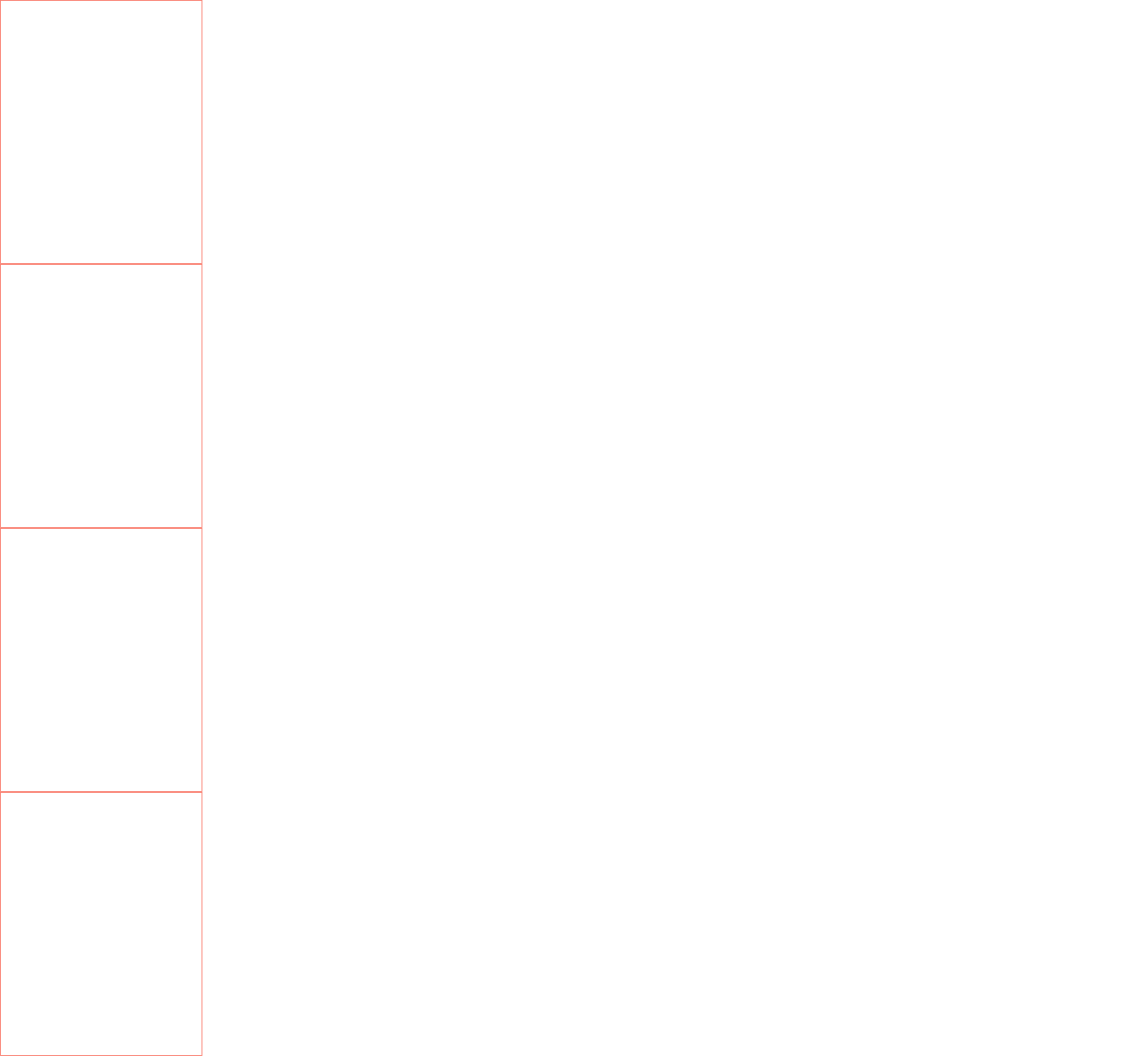
Repository: Chiranshukapil/html_css
Page: cards/index.html
An editor plug-in stored every save of this project. The page is shown before and after the next save, followed by the edit.
The browser window is 1280 px wide. The pictures show the whole page, at 88% of full size.

Above is the page before, as saved 2024-06-08 21:34:16.

### cards/index.html
<!DOCTYPE html>
<html lang="en">
    <head>
        <meta charset="UTF-8">
        <meta name="viewport" content="width=device-width, initial-scale=1.0">
        <title>Pokemon cards</title>
        <link rel="stylesheet" href="style.css">
    </head>
    <body>
        <div id="main">
            <div class="card"></div>
            <div class="card"></div>
            <div class="card"></div>
            <div class="card"></div>
        </div>
    </body>
</html>

### cards/style.css
*{
    margin: 0%;
    padding: 0%;
    box-sizing: border-box;
}

html,body{
    height: 100%;
    width: 100%;

}

#main{
    width: 100%;
    height: 100%;
}

.card{
    height: 300px;
    width: 230px;
    border: 1px solid salmon;

}

After the next save:
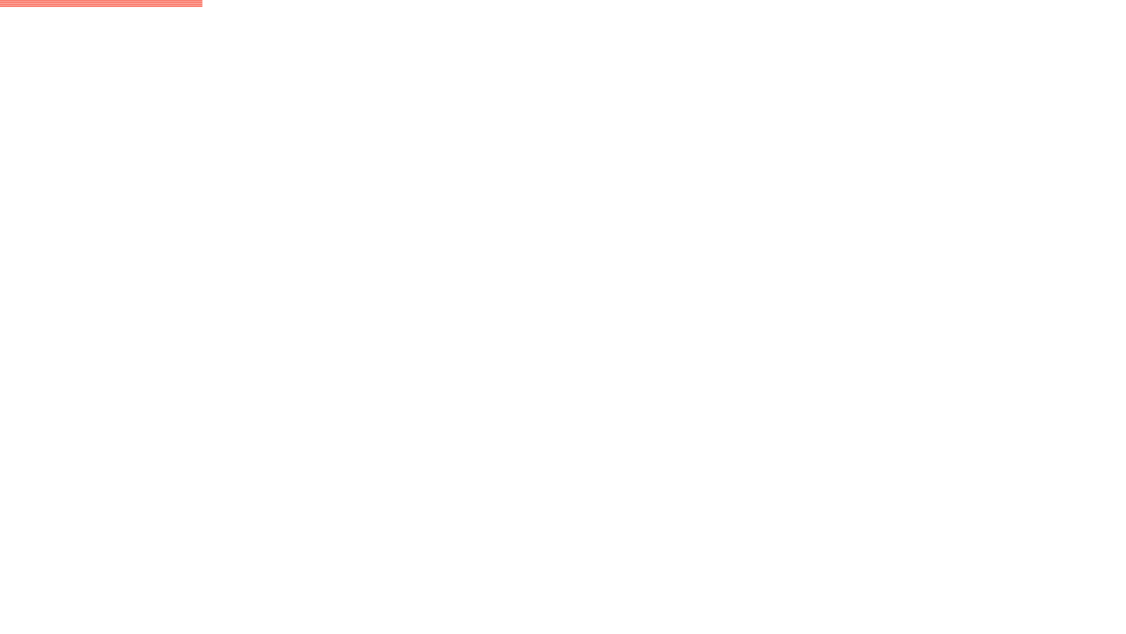
Saved 41 s later.
--- a/cards/style.css
+++ b/cards/style.css
@@ -16,6 +16,7 @@
 }
 
 .card{
+    posi
     height: 300px;
     width: 230px;
     border: 1px solid salmon;
